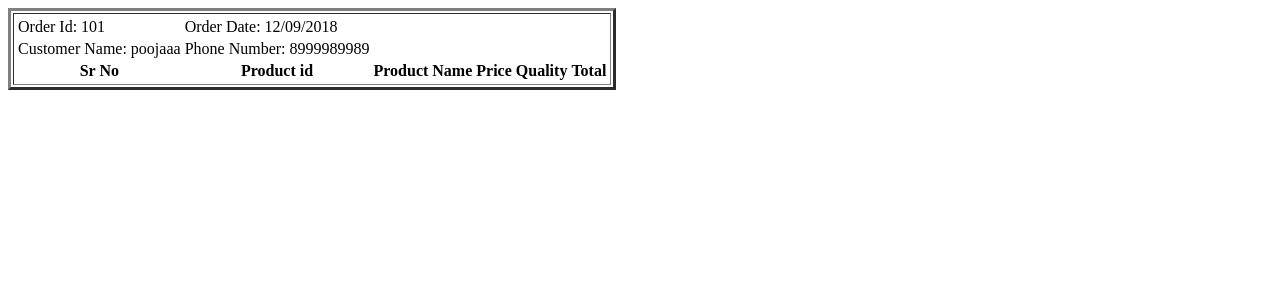
Repository: poojagupta18/Practice-Java
Page: http://localhost/OnlineShopping/getAllOrderByUserName.jsp
These files come from the project's save history. The page is drawn as it stood at one moment and after the next save; the edit follows.
The browser window is 1280 px wide. The pictures show the whole page.
The page is served by Tomcat 9.

Above is the page before, as saved 2019-11-28 04:41:57.

After the next save:
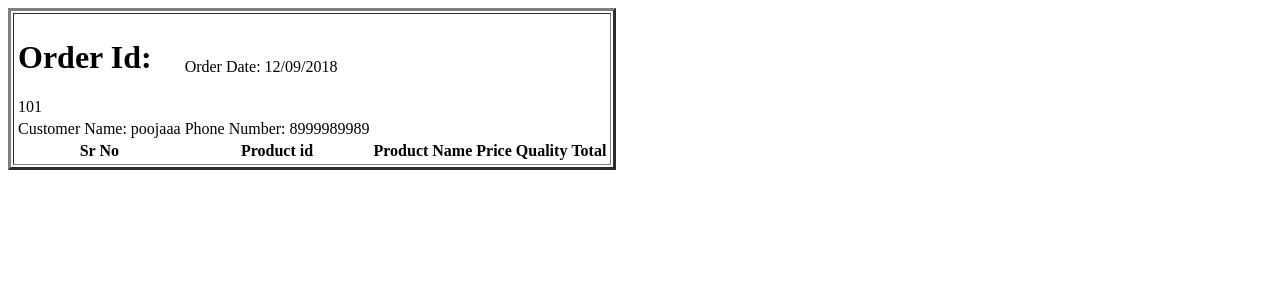
Saved 20 min 24 s later.
--- a/java Training/java/OnlineShopping/OnlineShopping/WebContent/getAllOrderByUserName.jsp
+++ b/java Training/java/OnlineShopping/OnlineShopping/WebContent/getAllOrderByUserName.jsp
@@ -15,7 +15,7 @@
 			<td>
 				<table border=0>
 					<tr>
-						<td>Order Id: 101</td>
+						<td><h1>Order Id:</h1> 101</td>
 						<td>Order Date: 12/09/2018</td>
 					</tr>
 					<tr>

After the save that followed:
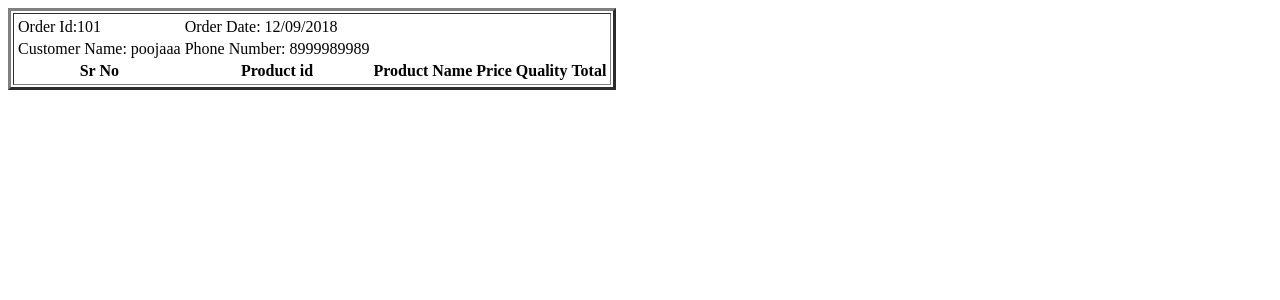
Saved 48 s later.
--- a/java Training/java/OnlineShopping/OnlineShopping/WebContent/getAllOrderByUserName.jsp
+++ b/java Training/java/OnlineShopping/OnlineShopping/WebContent/getAllOrderByUserName.jsp
@@ -15,7 +15,7 @@
 			<td>
 				<table border=0>
 					<tr>
-						<td><h1>Order Id:</h1> 101</td>
+						<td>Order Id:101</td>
 						<td>Order Date: 12/09/2018</td>
 					</tr>
 					<tr>
